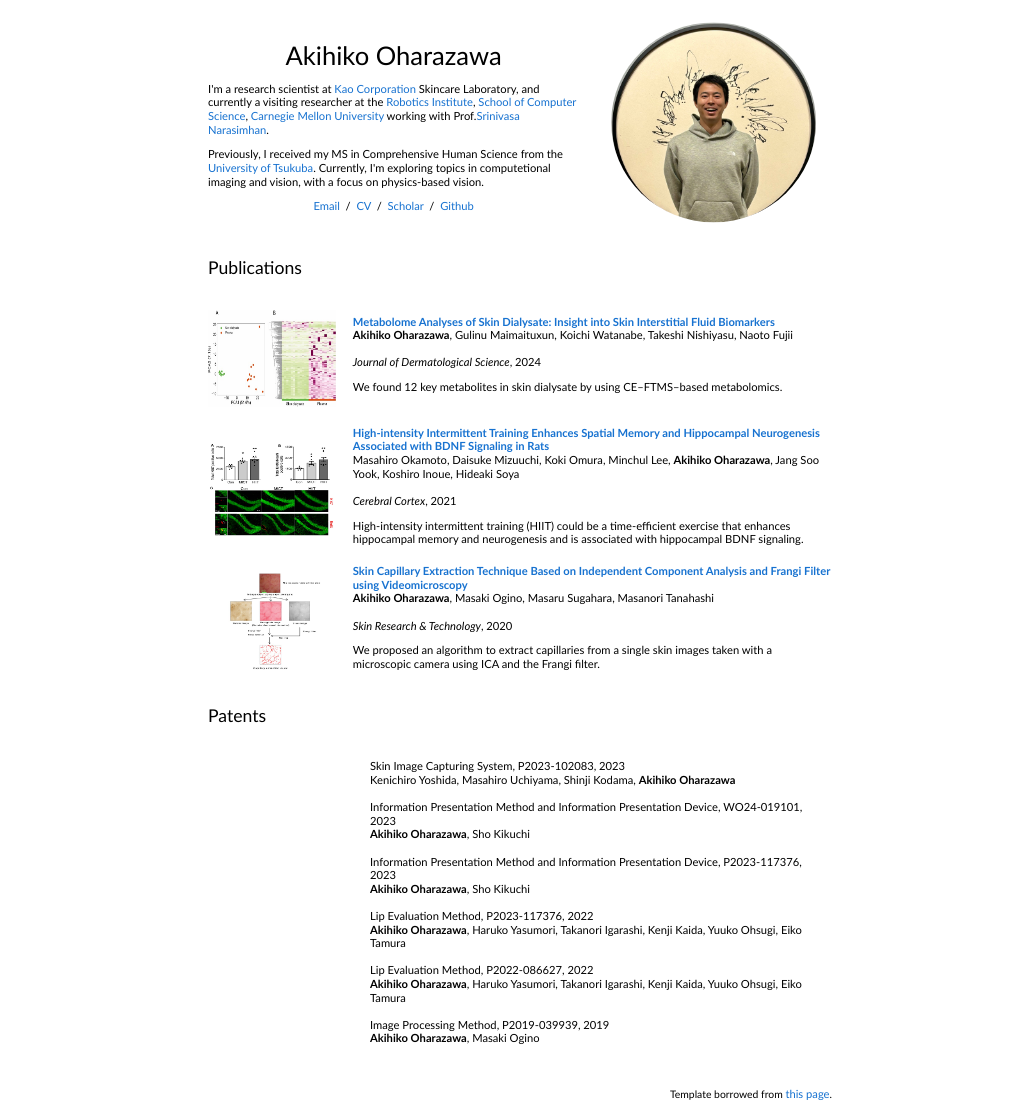
Repository: akihikooharazawa/akihikooharazawa.github.io
Page: index.html
These files come from the project's save history. The page is drawn as it stood at one moment and after the next save; the edit follows.
The browser window is 1280 px wide. The pictures show the whole page, at 80% of full size.

Above is the page before, as saved 2025-07-25 10:56:03.

After the next save:
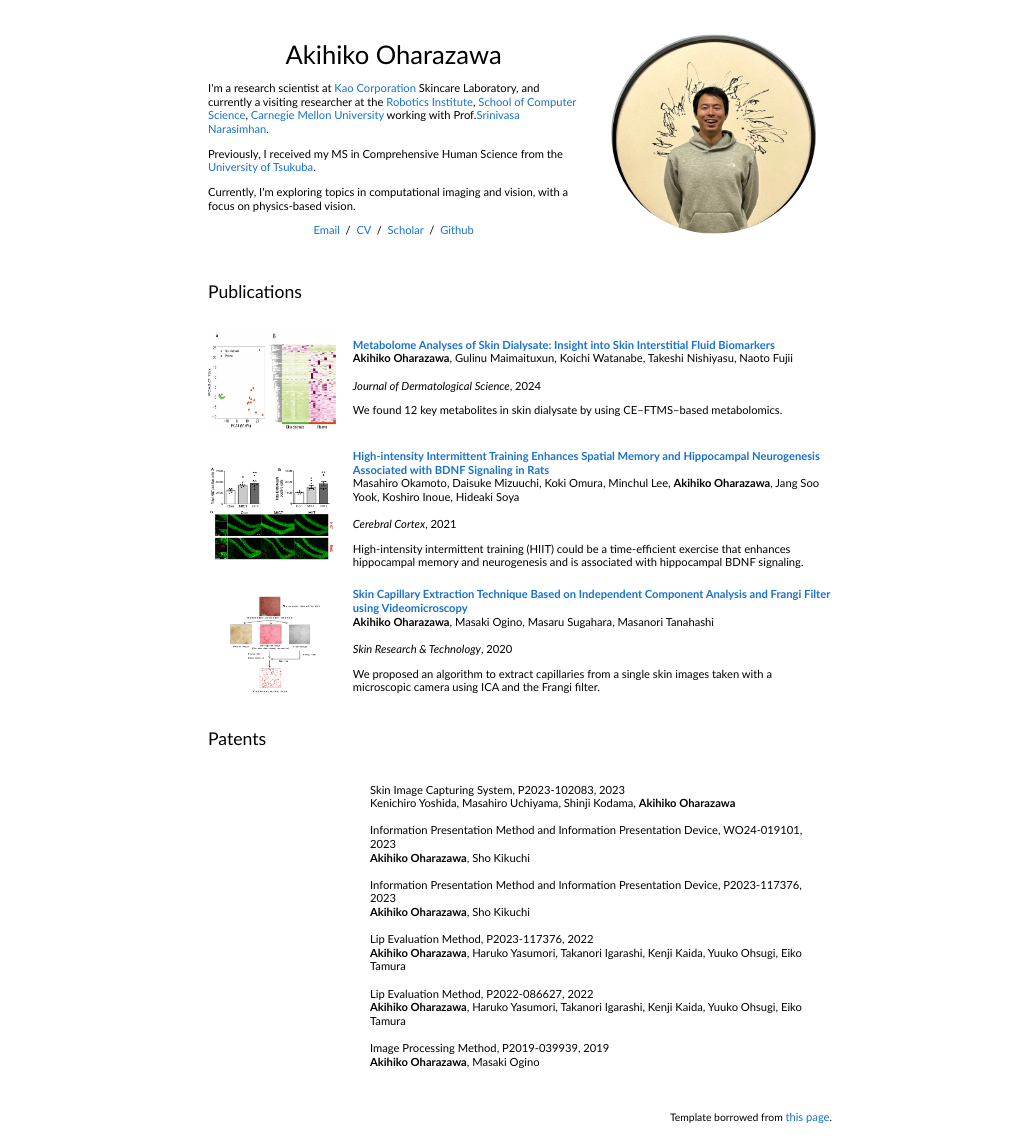
Saved 13 s later.
--- a/index.html
+++ b/index.html
@@ -35,7 +35,9 @@
                 </p>
                 <p>
                   Previously, I received my MS in Comprehensive Human Science from the <a href="https://www.tsukuba.ac.jp/en/">University of Tsukuba</a>.
-                  Currently, I'm exploring topics in computetional imaging and vision, with a focus on physics-based vision.
+                </p>
+                <p>
+                  Currently, I'm exploring topics in computational imaging and vision, with a focus on physics-based vision.
                 </p>
                 <p style="text-align:center">
                   <a href="mailto:a.oharazawa@gmail.com">Email</a> &nbsp;/&nbsp;
